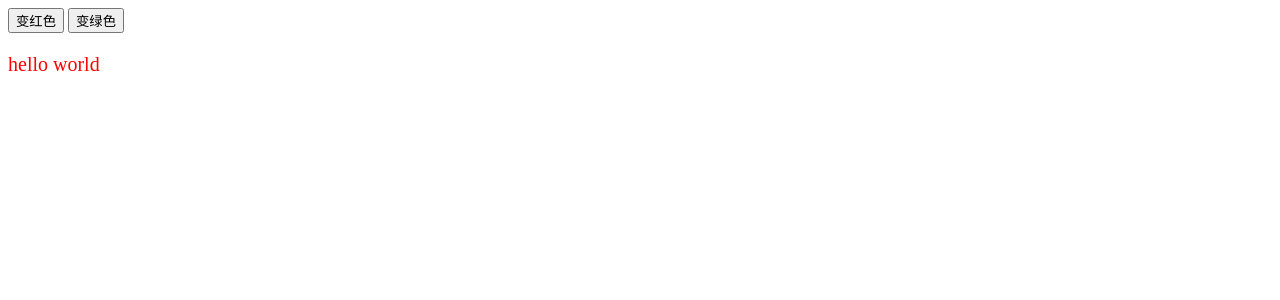
Repository: zhongmoumou/Codes
Page: 测试.html
These files come from the project's save history. The page is drawn as it stood at one moment and after the next save; the edit follows.
The browser window is 1280 px wide. The pictures show the whole page.
After loading, the first visible `#one` was clicked once.

Above is the page before, as saved 2021-12-08 20:44:42.

### 测试.html
<!DOCTYPE html>
<html lang="en">
<head>
  <meta charset="UTF-8">
  <meta http-equiv="X-UA-Compatible" content="IE=edge">
  <meta name="viewport" content="width=device-width, initial-scale=1.0">
  <title>Document</title>
  <script src="测试.js"></script>
</head>
<body>
  <button id="one">变红色</button>
  <button id="two">变绿色</button>
  <p id="ps" style="color: black;">hello world</p>

  <script>
    // 1、获取事件源
    let btn1 = document.getElementById('one');
    let btn2 = document.getElementById('two');
    let p = document.getElementById('ps');

    // 2、确定事件类型、完成事件处理程序
    btn1.onclick = function() {
      p.style = 'color: red;font-size: 20px';
    }
    btn2.onclick = function() {
      p.style = 'color: green';
    }
  </script>
</body>
</html>

Loaded but not shown: 测试.js (no stored copy; drawn as an empty file)

After the next save:
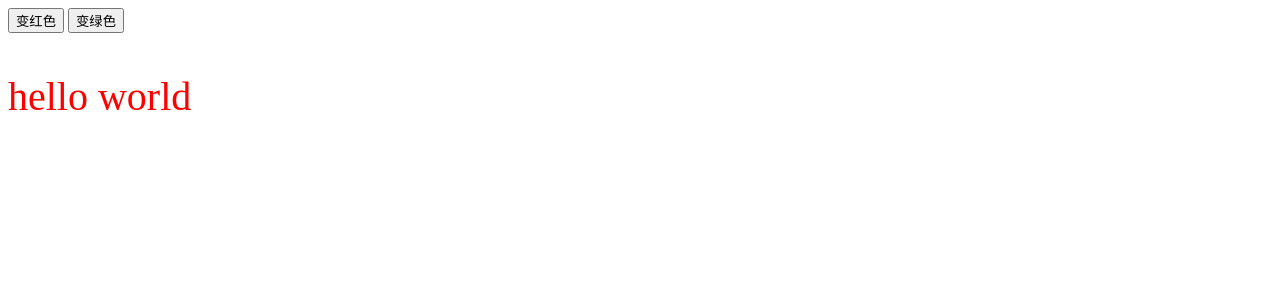
Saved 8 s later.
--- a/测试.html
+++ b/测试.html
@@ -20,7 +20,7 @@
 
     // 2、确定事件类型、完成事件处理程序
     btn1.onclick = function() {
-      p.style = 'color: red;font-size: 20px';
+      p.style = 'color: red;font-size: 40px';
     }
     btn2.onclick = function() {
       p.style = 'color: green';
